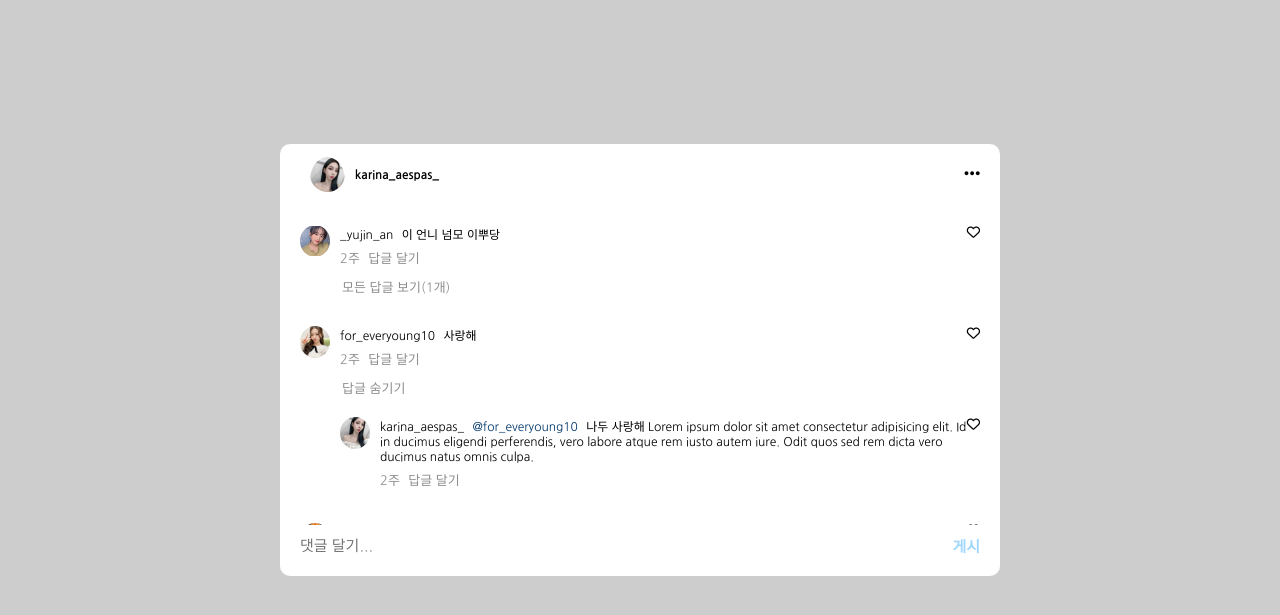
Repository: SNSFiestaTeam/Fiesta
Page: Fiesta/src/main/webapp/html/action/comment.html
These files come from the project's save history. The page is drawn as it stood at one moment and after the next save; the edit follows.
The browser window is 1280 px wide. The pictures show the whole page.
Some web fonts or font styles are not loaded; a fallback is used. Some web libraries are served in a nearby version.

Above is the page before, as saved 2022-11-28 17:26:09.

After the next save:
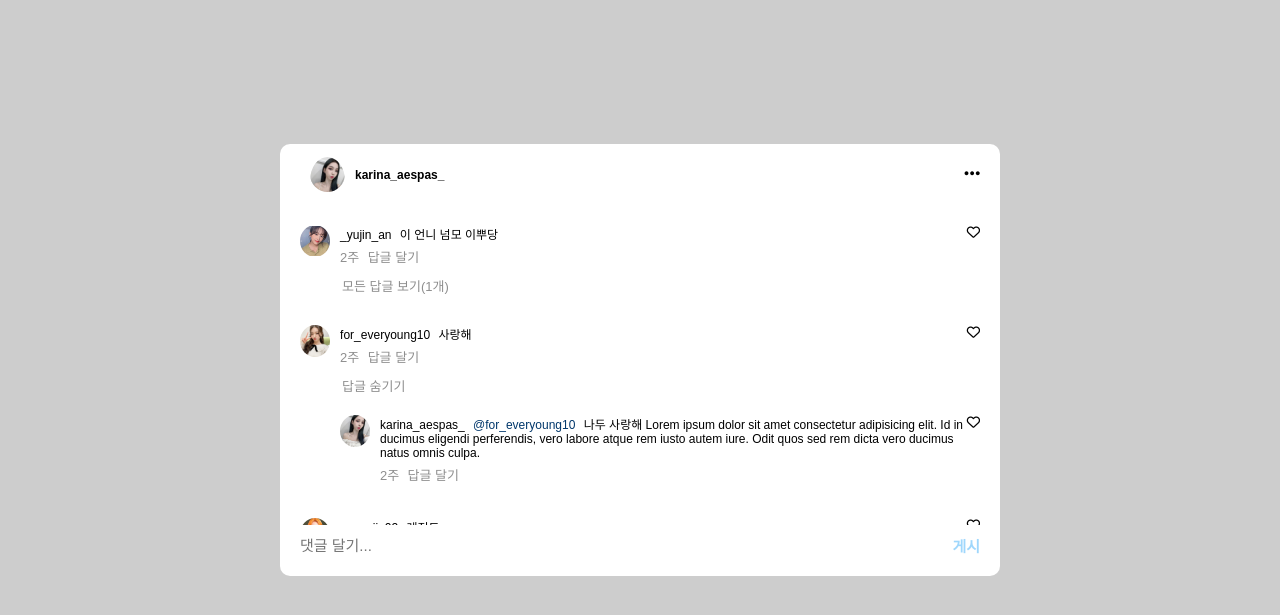
Saved 9 s later.
--- a/Fiesta/src/main/webapp/resources/css/common-style.css
+++ b/Fiesta/src/main/webapp/resources/css/common-style.css
@@ -13,7 +13,8 @@
   box-sizing: border-box;
   list-style: none;
   /* font-family: 'Noto Sans KR', sans-serif; */
-  font-family: 'Nanum Gothic', sans-serif;
+  /* font-family: 'Nanum Gothic', sans-serif; */
+  font-family: 'IBM Plex Sans KR', sans-serif;
 }
 
 a {
